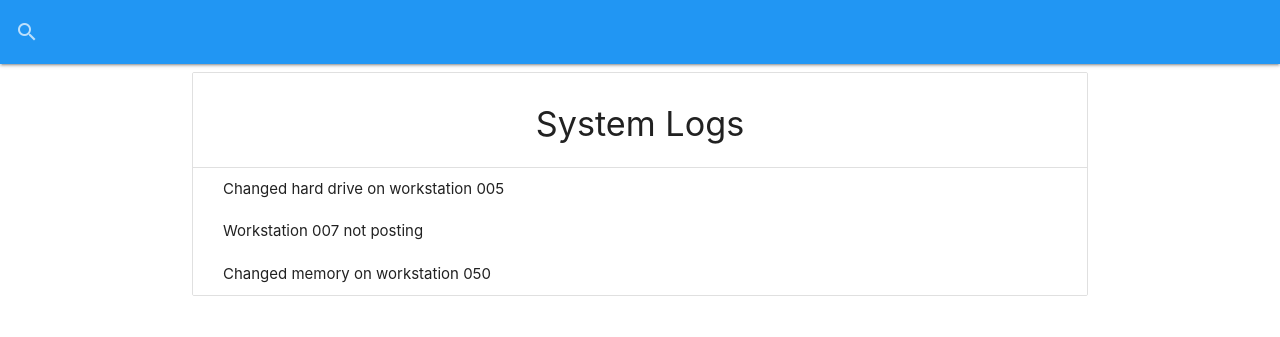
Repository: Ajtheult/IT-Logger
Page: /
The author's editor kept a copy of each file at every save. The page is drawn from the files as they stood at one save, then again after the next save.
The browser window is 1280 px wide. The pictures show the whole page.
The project was rebuilt for these pictures with package versions that can differ from the ones it lists, and the page was loaded fresh each time. Requests to the local data server were answered from the project's data file. Also part of the build but not shown: src/App.css.

Above is the page before, as saved 2020-06-23 16:19:44.

After the next save:
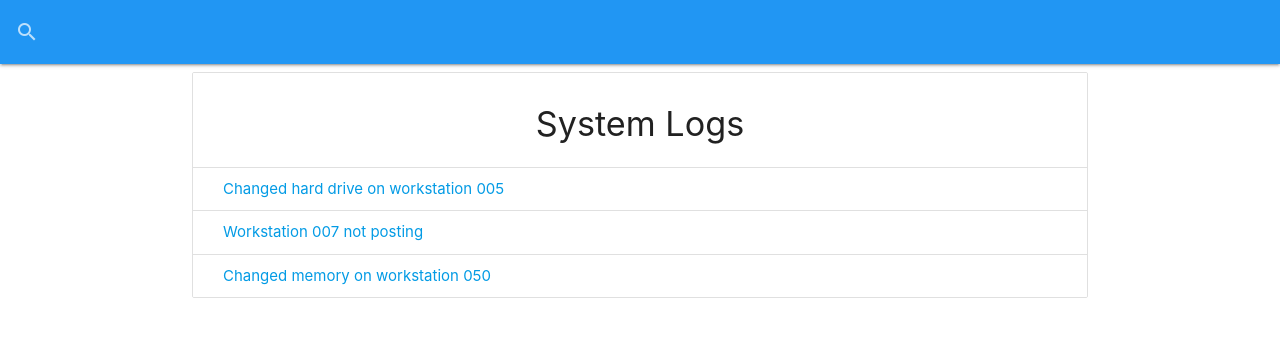
Saved 2 min 7 s later.
--- a/src/components/logs/LogItem.js
+++ b/src/components/logs/LogItem.js
@@ -3,11 +3,11 @@ import PropTypes from "prop-types";
 
 const LogItem = ({ log }) => {
   return (
-    <div>
-      <li className="collection-item">
-        <div href="">{log.message}</div>
-      </li>
-    </div>
+    <li className="collection-item">
+      <div>
+        <a href="">{log.message}</a>
+      </div>
+    </li>
   );
 };
 
